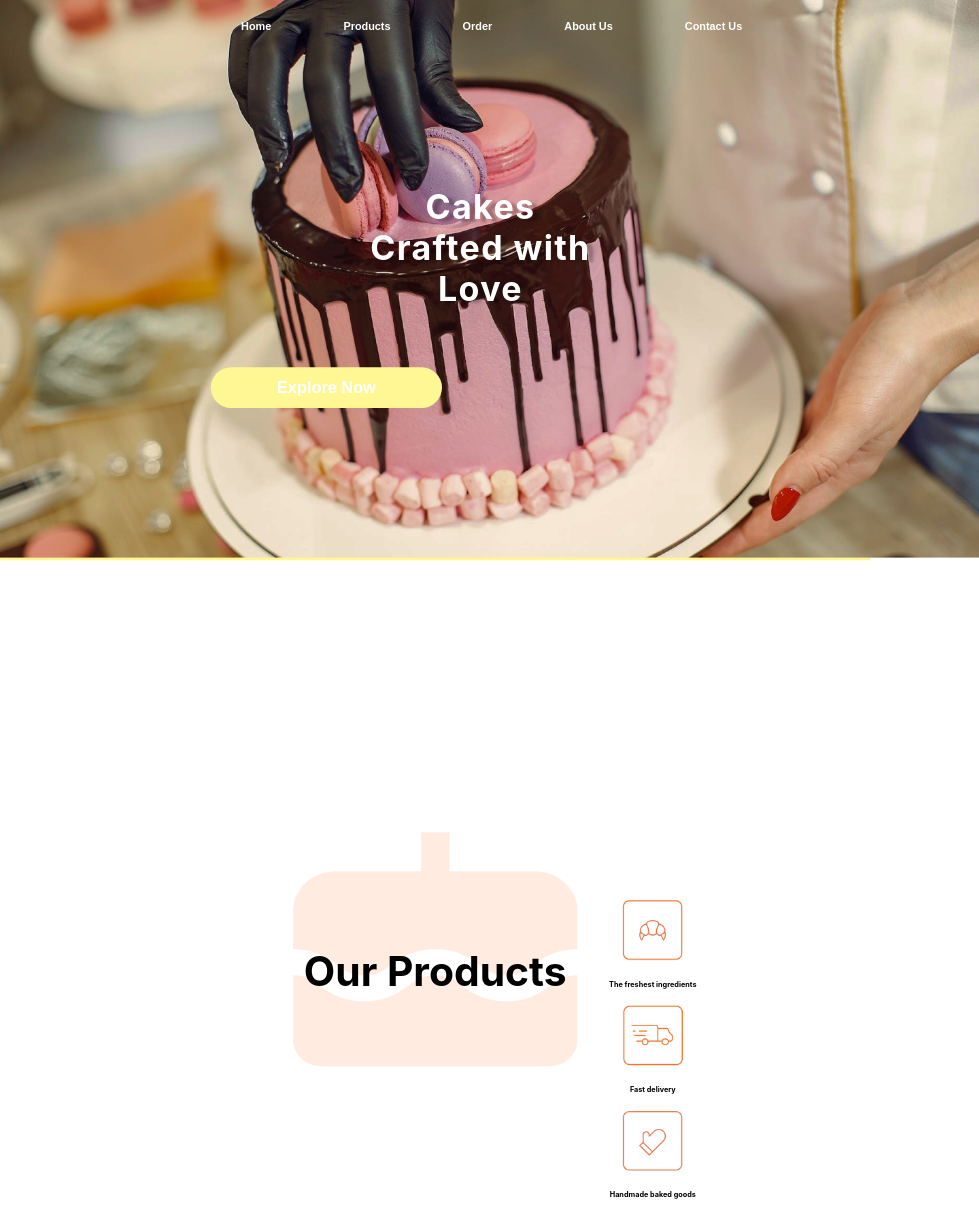
Repository: MEROO1010/cake-box
Page: /
An editor plug-in stored every save of this project. The page is shown before and after the next save, followed by the edit.
The browser window is 1280 px wide. The page is 1440 px wide, so the pictures cover 1440 px, including what lies to the right of the window. The pictures show the whole page, at 68% of full size.
The project was rebuilt for these pictures with package versions that can differ from the ones it lists, and the page was loaded fresh each time.

Above is the page before, as saved 2023-11-09 12:24:05.

After the next save:
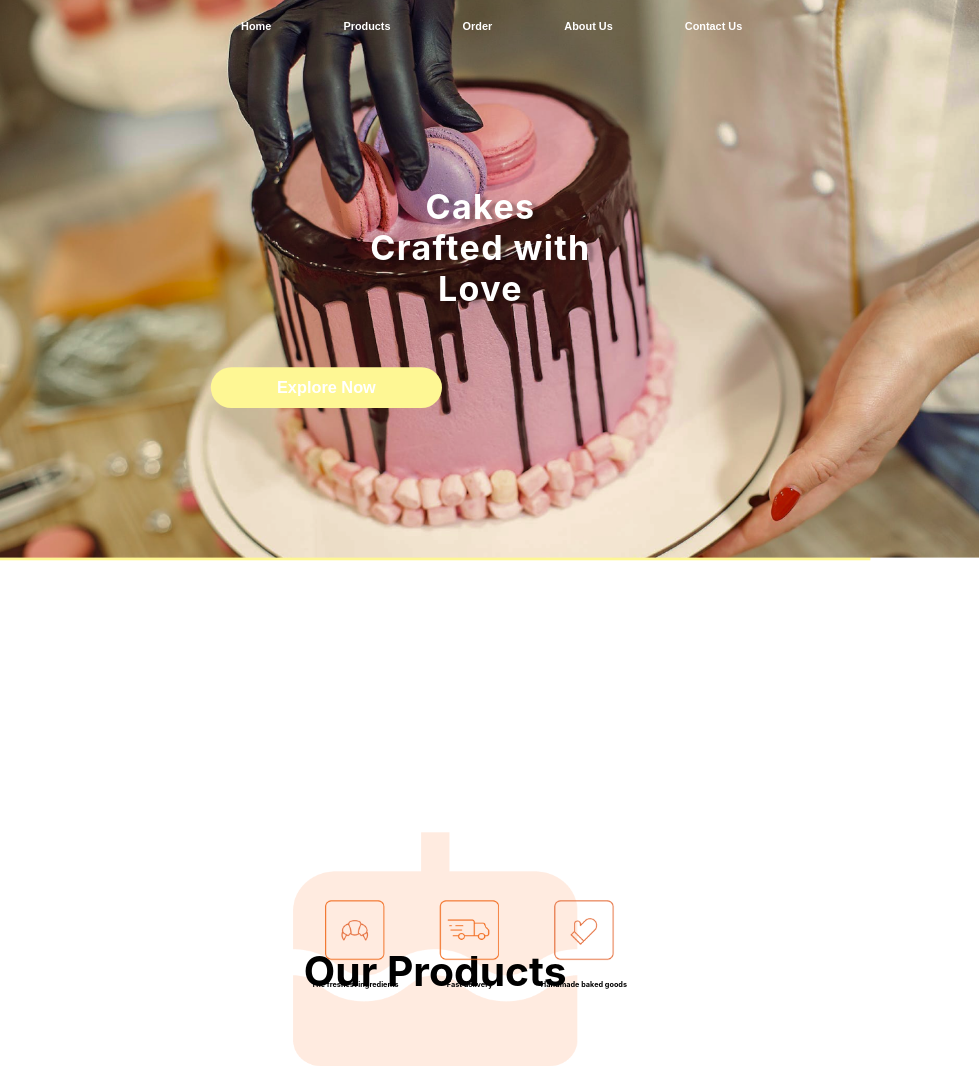
Saved 6 s later.
--- a/src/components/Products.jsx
+++ b/src/components/Products.jsx
@@ -62,6 +62,6 @@
     position:relative;
     list-style: none;
   display: inline-block;
-  margin-left:600px;
+  margin-left:60px;
   }
 `
